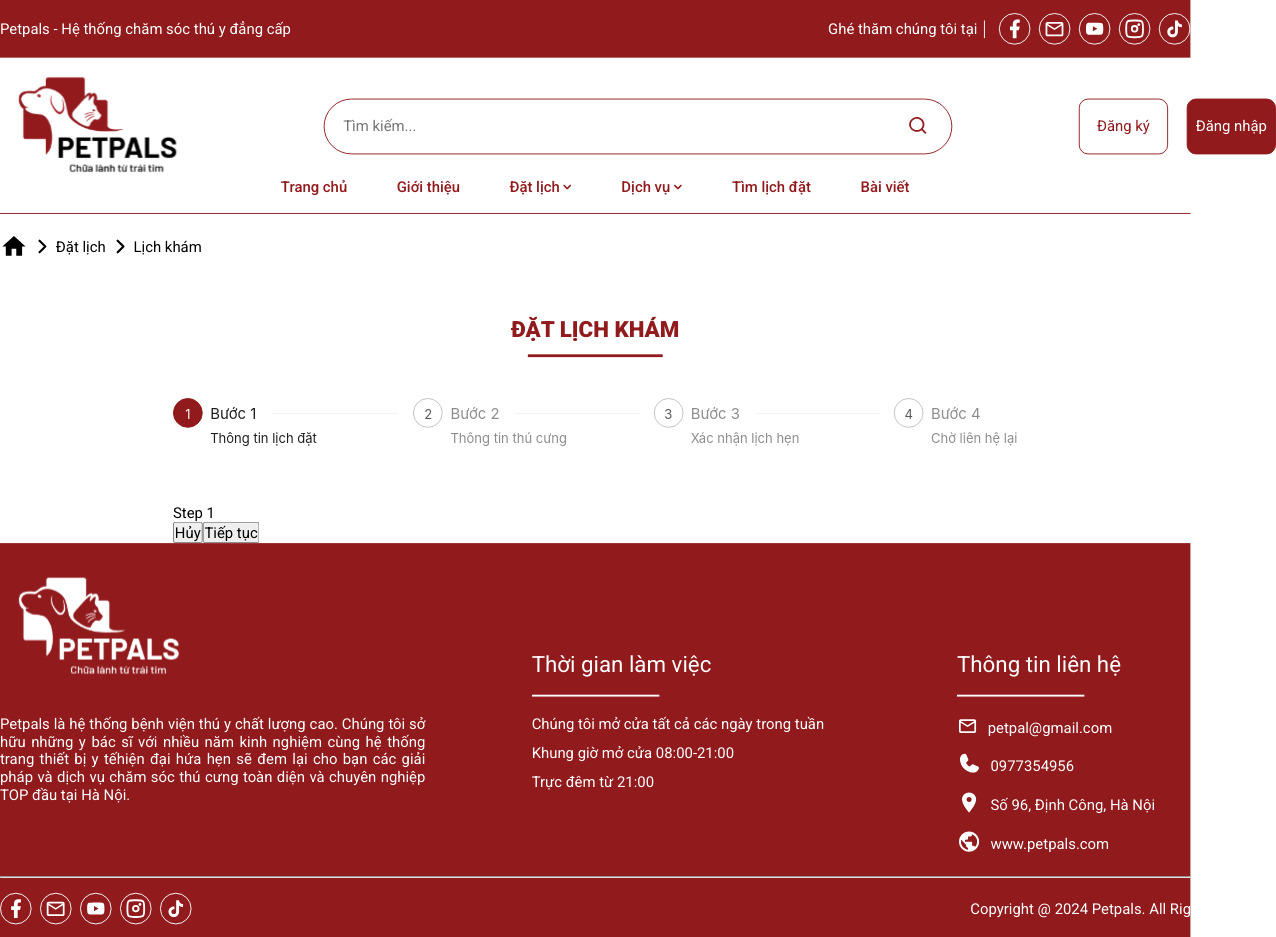
Repository: ahntrung1909/Petpals
Page: /dat-lich/kham-benh (app in petpals-user-main/)
These files come from the project's save history. The page is drawn as it stood at one moment and after the next save; the edit follows.
The browser window is 1280 px wide. The page is 1372 px wide, so the pictures cover 1372 px, including what lies to the right of the window. The pictures show the whole page, at 93% of full size.
The project was rebuilt for these pictures with package versions that can differ from the ones it lists, and the page was loaded fresh each time. The framework's server and built-in components were replaced by stand-ins that run in the browser. Also part of the build but not shown: petpals-user-main/next.config.js, petpals-user-main/next.config.mjs.

Above is the page before, as saved 2024-04-10 20:00:48.

### petpals-user-main/src/app/layout.js
import { Footer } from "@/components/Footer/Footer";
import "./global.scss";
import { Header } from "@/components/Header/Header";
import { ToastContainer } from "react-toastify";
import "react-toastify/dist/ReactToastify.css";

export const metadata = {
  title: "Petpals - Chữa lành từ trái tim",
  description: "Petpals",
};

export default function RootLayout({ children }) {
  return (
    <html lang="en">
      <body>
        <Header />
        <ToastContainer />
        {children}
        <Footer />
      </body>
    </html>
  );
}

### petpals-user-main/src/app/dat-lich/kham-benh/page.js
"use client";
import "./style.scss";
import React, { useState } from "react";
import { Steps } from "antd";
import StepItem from "./StepItem";

export default function page() {
  const [bookingInfo, setBookingInfo] = useState({
    id: "",
    userName: "",
    userEmail: "",
    userPhone: "",
  });
  const [current, setCurrent] = useState(0);
  return (
    <main>
      <div className="breadcrumb">
        <img src="/icon/ic_baseline-home.svg" alt="" />
        <img src="/icon/iconamoon_arrow-right-2.svg" alt="" />
        <p>Đặt lịch</p>
        <img src="/icon/iconamoon_arrow-right-2.svg" alt="" />
        <p>Lịch khám</p>
      </div>
      <section className="booking-section">
        <div className="section-heading">ĐẶT LỊCH KHÁM</div>
        <div className="booking-wrapper">
          <Steps
            style={{ marginBottom: "60px" }}
            current={current}
            items={[
              {
                title: "Bước 1",
                description: "Thông tin lịch đặt",
              },
              {
                title: "Bước 2",
                description: "Thông tin thú cưng",
              },
              {
                title: "Bước 3",
                description: "Xác nhận lịch hẹn",
              },
              {
                title: "Bước 4",
                description: "Chờ liên hệ lại",
              },
            ]}
          />
          <StepItem step={current} />
          <div className="btn-wrapper">
            <button
              className="btn prev-btn"
              onClick={() => {
                setCurrent(current - 1);
              }}
            >
              Hủy
            </button>
            <button
              className="btn next-btn"
              onClick={() => {
                setCurrent(current + 1);
              }}
            >
              Tiếp tục
            </button>
          </div>
        </div>
      </section>
    </main>
  );
}

### petpals-user-main/src/components/Footer/Footer.js
import { Socialicon } from "../Socialicon/Socialicon";
import "./style.scss";
export const Footer = () => {
  return (
    <footer>
      <div className="row row-1">
        <div className="logo">
          <img src="/img/logo_am_ban.svg" alt="" />
        </div>
        <div className="working-time">Thời gian làm việc</div>
        <div className=" contact-info">Thông tin liên hệ</div>
      </div>
      <div className="row">
        <div className="about">
          Petpals là hệ thống bệnh viện thú y chất lượng cao. Chúng tôi sở hữu
          những y bác sĩ với nhiều năm kinh nghiệm cùng hệ thống trang thiết bị
          y tếhiện đại hứa hẹn sẽ đem lại cho bạn các giải pháp và dịch vụ chăm
          sóc thú cưng toàn diện và chuyên nghiệp TOP đầu tại Hà Nội.
        </div>
        <ul className="working-time-more">
          <li>Chúng tôi mở cửa tất cả các ngày trong tuần</li>
          <li>Khung giờ mở cửa 08:00-21:00</li>
          <li>Trực đêm từ 21:00</li>
        </ul>
        <ul className="contact-info-more">
          <li className="contact-item">
            <span>
              <img src="/icon/material-symbols_mail-outline.svg" alt="" />
            </span>
            petpal@gmail.com
          </li>
          <li className="contact-item">
            <span>
              <img src="/icon/ph_phone-fill.svg" alt="" />
            </span>
            0977354956
          </li>
          <li className="contact-item">
            <span>
              <img src="/icon/mdi_location.svg" alt="" />
            </span>
            Số 96, Định Công, Hà Nội
          </li>
          <li className="contact-item">
            <span>
              <img src="/icon/mdi_earth.svg" alt="" />
            </span>
            www.petpals.com
          </li>
        </ul>
      </div>
      <hr />
      <div className="footer-bottom">
        <Socialicon />
        <div>Copyright @ 2024 Petpals. All Rights Reverved</div>
      </div>
    </footer>
  );
};

### petpals-user-main/src/app/global.scss
@import url("https://fonts.googleapis.com/css2?family=Roboto:ital,wght@0,100;0,300;0,400;0,500;0,700;0,900;1,100;1,300;1,400;1,500;1,700;1,900&display=swap");
@import "../style/variable";
* {
  padding: 0;
  margin: 0;
  box-sizing: border-box;
}
body {
  font-family: "Roboto", sans-serif;
  font-size: 16px;
}
a {
  text-decoration: none;
  color: black;
}
ul,
li {
  list-style: none;
}
input,
textarea {
  width: 100%;
  border: none;
  outline: none;
  font-family: "Roboto", sans-serif;
  font-size: 16px;
}
img {
  width: 100%;
}
button {
  font-family: "Roboto", sans-serif;
  font-size: 16px;
}
label {
  font-family: "Roboto", sans-serif;
  font-size: 16px;
}

// custom scroll bar
::-webkit-scrollbar-track {
  background-color: #f5f5f5;
}

::-webkit-scrollbar {
  width: 6px;
  height: 6px;
  background-color: #f5f5f5;
}

::-webkit-scrollbar-thumb {
  background-image: linear-gradient($BROWN_500, $RED_500);
  // border-radius: 10px;
}
::-webkit-scrollbar-thumb:horizontal {
  background-image: linear-gradient(to right, $BROWN_500, $RED_500);
  // border-radius: 10px;
}

### petpals-user-main/src/app/dat-lich/kham-benh/style.scss
@import "../../../style/variable";
@import "../../../style/base";

.booking-wrapper {
  width: 908px;
  margin: 0 auto;
  .ant-steps-item-icon {
    background-color: $BROWN_500 !important;
    border-color: $BROWN_500 !important;
  }
  .ant-steps-item-wait .ant-steps-item-icon {
    background-color: transparent !important;
    border-color: rgba(0, 0, 0, 0.25) !important;
    color: rgba(0, 0, 0, 0.25) !important;
  }
  .ant-steps-item-finish .ant-steps-item-icon {
    background-color: transparent !important;
    .anticon-check {
      color: $BROWN_500;
    }
  }
  .ant-steps
    .ant-steps-item-finish
    > .ant-steps-item-container
    > .ant-steps-item-content
    > .ant-steps-item-title::after {
    background-color: $BROWN_500 !important;
  }
}

### petpals-user-main/src/app/dat-lich/kham-benh/StepItem.js
import React from "react";

export default function StepItem({ step }) {
  if (step === 0) {
    return <div>Step 1</div>;
  }
  if (step === 1) {
    return <div>Step 2</div>;
  }
  if (step === 2) {
    return <div>Step 3</div>;
  }
  if (step === 3) {
    return <div>Step 4</div>;
  }
}

### petpals-user-main/src/components/Socialicon/Socialicon.js
import "./style.scss";
export const Socialicon = () => {
  return (
    <div className="list-social-icon">
      <div className="icon-item">
        <img src="/icon/ri_facebook-fill.svg" alt="icon-facebook" />
      </div>
      <div className="icon-item">
        <img src="/icon/material-symbols_mail-outline.svg" alt="icon-mail" />
      </div>
      <div className="icon-item">
        <img src="/icon/mdi_youtube.svg" alt="icon-youtube" />
      </div>
      <div className="icon-item">
        <img src="/icon/lets-icons_insta.svg" alt="icon-insta" />
      </div>
      <div className="icon-item">
        <img src="/icon/ic_baseline-tiktok.svg" alt="icon-tiktok" />
      </div>
    </div>
  );
};

### petpals-user-main/src/components/Footer/style.scss
@import "../../style/variable";
footer {
  display: block;
  width: 100vw;
  height: 424px;
  background-color: $BROWN_500;
  padding: 20px 0;
}
.row {
  width: 1372px;
  margin: 0 auto;
  display: grid;
  grid-template-columns: repeat(12, 1fr);
  row-gap: 20px;
  color: white;
  margin-bottom: 20px;
}
.row-1 {
  align-items: flex-end;
}
.logo {
  width: 214px;
  grid-column: 1/5;
}
.working-time {
  grid-column: 6/10;
  position: relative;
  font-size: 24px;
  padding-bottom: 20px;
  &::after {
    content: "";
    width: 137px;
    height: 2px;
    background-color: white;
    position: absolute;
    left: 0;
    bottom: 0;
  }
}
.contact-info {
  position: relative;
  grid-column: 10/13;
  font-size: 24px;
  padding-bottom: 20px;
  &::after {
    content: "";
    width: 137px;
    height: 2px;
    background-color: white;
    position: absolute;
    left: 0;
    bottom: 0;
  }
}
.about {
  grid-column: 1/5;
  text-align: justify;
}
.working-time-more {
  grid-column: 6/10;
  display: flex;
  flex-direction: column;
  gap: 12px;
}
.contact-info-more {
  grid-column: 10/13;
  display: flex;
  flex-direction: column;
  gap: 12px;
}
.contact-item {
  display: flex;
  gap: 10px;
  align-items: center;
}
.footer-bottom {
  width: 1372px;
  margin: 0 auto;
  margin-top: 16px;
  color: white;
  display: flex;
  align-items: center;
  justify-content: space-between;
}

### petpals-user-main/src/style/_variable.scss
$BROWN_50: rgb(244, 232, 232);
$BROWN_100: rgb(221, 184, 185);
$BROWN_200: rgb(204, 150, 151);
$BROWN_300: rgb(181, 102, 104);
$BROWN_400: rgb(167, 72, 74);
$BROWN_500: rgb(145, 26, 29);
$BROWN_600: rgb(132, 24, 26);
$BROWN_700: rgb(103, 18, 21);
$BROWN_800: rgb(80, 14, 16);
$BROWN_900: rgb(61, 11, 12);
$RED_50: rgb(255, 247, 247);
$RED_100: rgb(255, 230, 231);
$RED_200: rgb(255, 217, 219);
$RED_300: rgb(255, 200, 202);
$RED_400: rgb(255, 189, 192);
$RED_500: rgb(255, 173, 176);
$RED_600: rgb(232, 157, 160);
$RED_700: rgb(181, 123, 125);
$RED_800: rgb(140, 95, 97);
$RED_900: rgb(107, 73, 74);
$BROWN_DARK_50: rgb(236, 233, 233);
$BROWN_DARK_100: rgb(195, 186, 186);
$BROWN_DARK_200: rgb(165, 152, 152);
$BROWN_DARK_300: rgb(124, 105, 106);
$BROWN_DARK_400: rgb(99, 76, 77);
$BROWN_DARK_500: rgb(60, 31, 32);
$BROWN_DARK_600: rgb(55, 28, 29);
$BROWN_DARK_700: rgb(43, 22, 23);
$BROWN_DARK_800: rgb(33, 17, 18);
$BROWN_DARK_900: rgba(25, 13, 13, 0.2);

### petpals-user-main/src/components/Header/style.scss
@import "../../style/_variable";

header {
  height: 230px;
  border-bottom: 1px solid $BROWN_500;
}
div:has(.wrap):nth-child(1) {
  background-color: $BROWN_500;
  height: 62px;
  display: flex;
  align-items: center;
}
.wrap {
  width: 1372px;
  margin: 0 auto;
}
.top-header {
  display: flex;
  justify-content: space-between;
  align-items: center;
  color: white;
}
.social-connect {
  display: flex;
  align-items: center;
  gap: 15px;
}
.social-connect > p {
  padding: 0px 7px;
  border-right: 1px solid white;
}
div:has(.wrap):nth-child(2) {
  padding-top: 18px;
}
.main-header {
  display: flex;
  align-items: center;
  justify-content: space-between;
}
.petpals-logo {
  display: block;
  width: 211px;
  height: 111px;
}
.header-main-right {
  display: flex;
  width: 1024px;
  justify-content: space-between;
  align-items: center;
}
.search-input {
  display: flex;
  position: relative;

  input {
    width: 676px;
    height: 60px;
    padding: 0px 60px 0px 20px;
    border: 1px solid $BROWN_500;
    border-radius: 99px;
    display: flex;
    justify-content: center;
    align-items: center;
  }
  .icon-item {
    right: 20px;
    top: 50%;
    transform: translateY(-50%);
    position: absolute;
    cursor: pointer;
  }
}
.btn-group {
  display: flex;
  gap: 20px;
  text-align: center;
  .btn {
    display: flex;
    justify-content: center;
    align-items: center;
    width: 96px;
    height: 60px;
    border: 1px solid $BROWN_500;
    border-radius: 10px;
    color: $BROWN_500;
  }
  .btn:nth-child(1):hover {
    background-color: $BROWN_500;
    color: white;
  }
  .btn:nth-child(2) {
    color: white;
    background-color: $BROWN_500;
    &:hover {
      background-color: $BROWN_300;
    }
  }
}
.nav {
  display: flex;
  align-items: center;
  justify-content: space-between;
  width: 676px;
  margin: 0 auto;
  color: $BROWN_500;
  font-weight: 500;
  z-index: 99;

  &-item {
    display: flex;
    position: relative;
    align-items: center;
    cursor: pointer;
    padding-bottom: 8px;
    &.active > span,
    &.active > a {
      font-weight: 900;
    }
    &:hover .sub-nav:not(.nav-2) {
      display: flex;
    }
    span {
      display: flex;
      justify-content: center;
      align-items: center;
      color: $BROWN_500;
    }
    a {
      display: flex;
      justify-content: center;
      align-items: center;
      color: $BROWN_500;
      width: 100%;
      height: 100%;
    }
    &:hover > a {
      color: $RED_500;
    }
    &:hover > span {
      color: $RED_500;
    }
  }
}
.sub-nav {
  position: absolute;
  z-index: 99;
  top: 100%;
  left: 0;
  border-radius: 10px;
  box-shadow: 0 15px 15px 15px rgba(0, 0, 0, 0.05);
  box-shadow: 0 15px 15px rgba(0, 0, 0, 0.1);
  border: 0.5px solid rgba(0, 0, 0, 0.15);
  background-color: white;
  padding: 8px;
  display: none;
  flex-direction: column;
  gap: 8px;
  &.nav-2 {
    position: absolute;
    top: 0;
    left: 100%;
    transform: translate(8px, -8px);
    display: none;
  }
  &-item {
    position: relative;
    display: flex;
    align-items: center;
    justify-content: space-between;
    &::after {
      content: "";
      width: 8px;
      height: 100%;
      position: absolute;
      top: 0;
      right: -8px;
    }
    &:hover {
      background-color: rgba(0, 0, 0, 0.05);
    }
    &:hover .sub-nav.nav-2 {
      display: flex;
    }
    a {
      width: 100%;
      height: 100%;
      display: flex;
      justify-content: left;
      padding: 12px 16px;
    }
    span {
      padding: 12px 16px;
    }
    &-active > span,
    &-active > a {
      font-weight: 600;
    }
  }
}
.user-login-controller {
  display: flex;
  align-items: center;
  gap: 8px;
  cursor: pointer;
  position: relative;

  &:hover .sub-nav {
    display: flex;
    left: inherit;
    right: 0;
  }
}

### petpals-user-main/src/style/_base.scss
.section-heading {
  width: fit-content;
  margin: 60px auto;
  color: $BROWN_500;
  position: relative;
  font-size: 24px;
  font-weight: 800;
  text-transform: uppercase;
  &::after {
    content: "";
    width: 80%;
    height: 3px;
    position: absolute;
    bottom: -16px;
    left: 50%;
    transform: translateX(-50%);
    background-color: $BROWN_500;
  }
}
.breadcrumb {
  width: 1372px;
  margin: 0 auto;
  display: flex;
  align-items: center;
  padding-top: 20px;
  img {
    width: 30px;
    height: 30px;
  }
}

### petpals-user-main/src/components/Socialicon/style.scss
.list-social-icon {
  display: flex;
  gap: 9px;
}
.icon-item {
  width: 34px;
  height: 34px;
  border: 1px solid white;
  padding: 4px;
  border-radius: 99px;
  display: flex;
  justify-content: center;
  align-items: center;
}

Loaded but not shown: petpals-user-main/src/components/Header/Header.js (271 lines, source omitted)

After the next save:
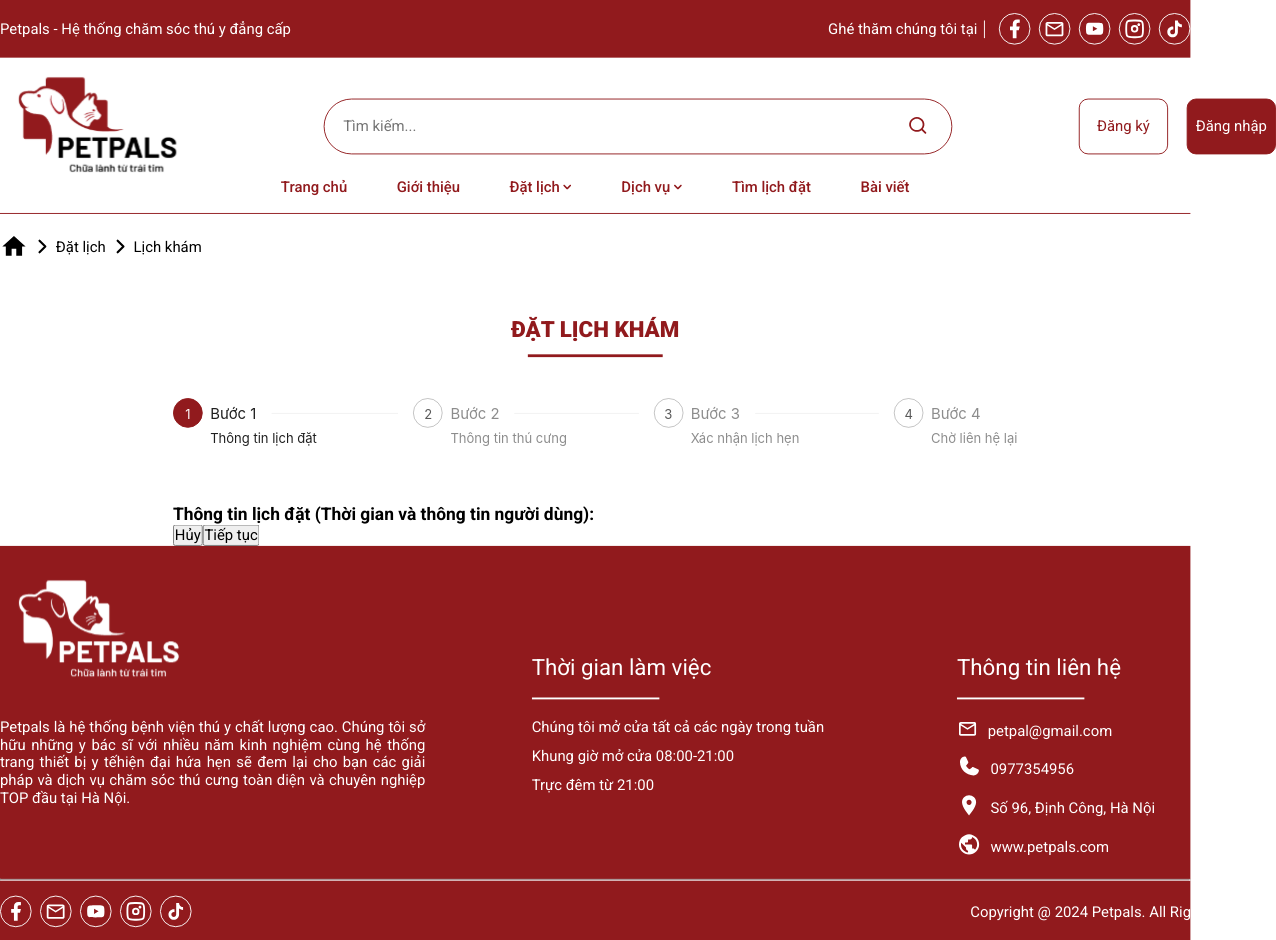
Saved 105 min 45 s later.
--- a/petpals-user-main/src/app/dat-lich/kham-benh/StepItem.js
+++ b/petpals-user-main/src/app/dat-lich/kham-benh/StepItem.js
@@ -2,7 +2,11 @@ import React from "react";
 
 export default function StepItem({ step }) {
   if (step === 0) {
-    return <div>Step 1</div>;
+    return (
+      <form>
+        <h3>Thông tin lịch đặt (Thời gian và thông tin người dùng):</h3>
+      </form>
+    );
   }
   if (step === 1) {
     return <div>Step 2</div>;
